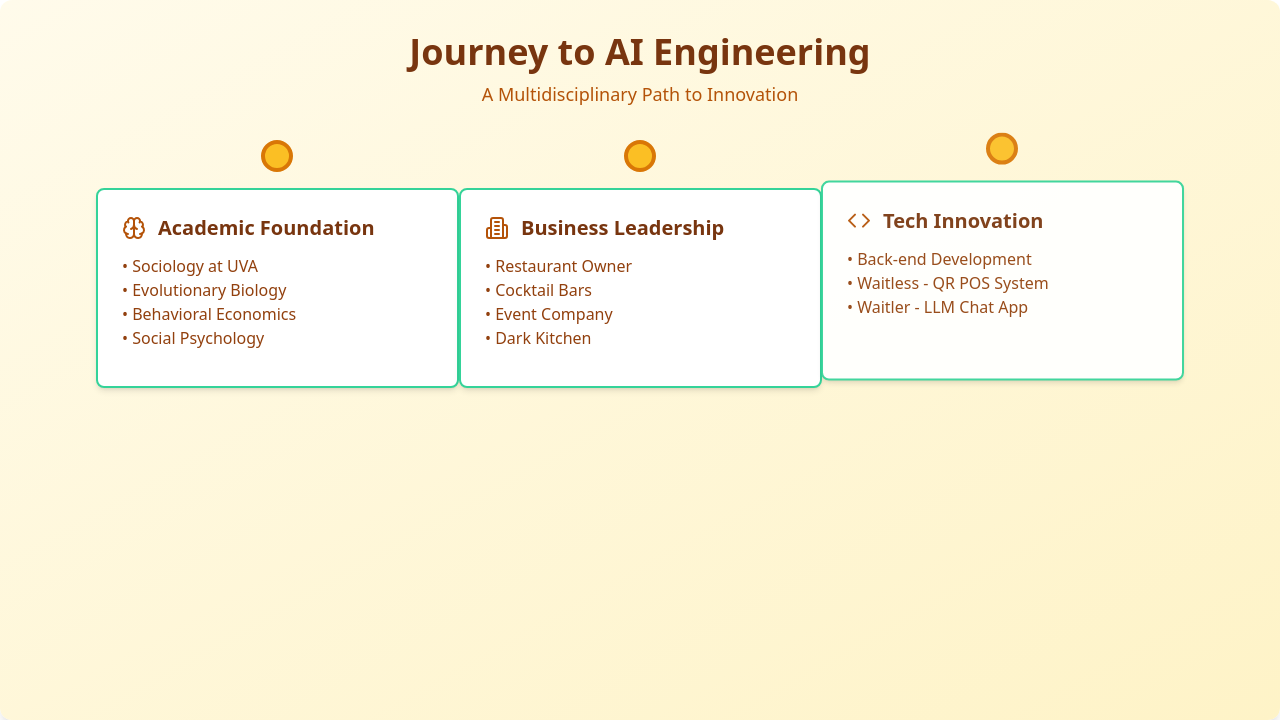
Repository: Galbaz1/dell_presentation
Page: /
The author's editor kept a copy of each file at every save. The page is drawn from the files as they stood at one save, then again after a run of saves.
The browser window is 1280 px wide. The pictures show the whole page.
Pictures or frames that could not be fetched are drawn as grey boxes. The project was rebuilt for these pictures with package versions that can differ from the ones it lists, and the page was loaded fresh each time. The framework's server and built-in components were replaced by stand-ins that run in the browser.

Above is the page before, as saved 2024-11-11 12:53:09.

After the next 2 saves:
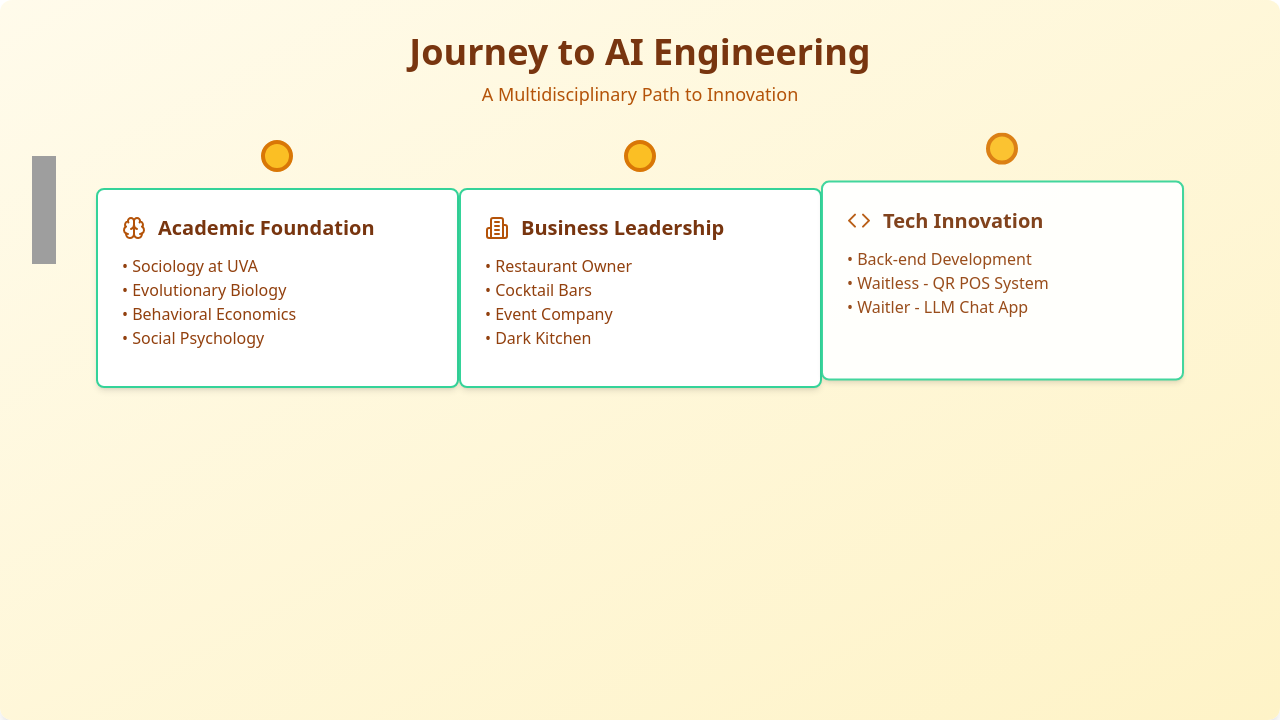
The 2 saves are shown as one change because they came seconds apart.
The last was saved 15 s later.
--- a/pages/index.tsx
+++ b/pages/index.tsx
@@ -1,5 +1,6 @@
 import React from 'react';
 import { Brain, Building2, Code, Users, ArrowRight, RefreshCcw } from 'lucide-react';
+import FootstepsAnimation from '../components/FootstepsAnimation';
 
 const SpeakerSlide: React.FC = () => {
   return (
@@ -12,6 +13,7 @@ const SpeakerSlide: React.FC = () => {
 
       {/* Timeline Journey */}
       <div className="relative mb-16 mx-auto max-w-[1400px]">
+        <FootstepsAnimation />
         {/* Journey Stations */}
         <div className="relative flex justify-between items-center px-16">
           {/* Academic Foundation */}

After the save that followed:
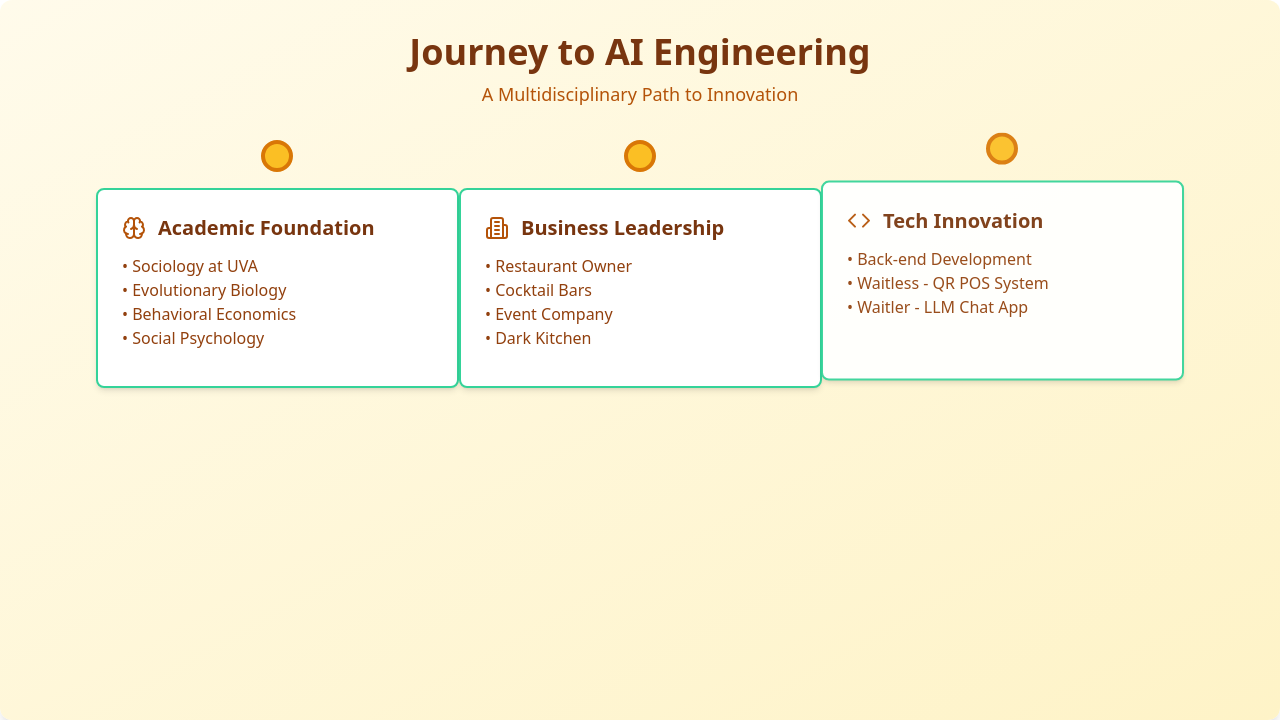
Saved 2 s later.
--- a/styles/speaker_intro.css
+++ b/styles/speaker_intro.css
@@ -89,3 +89,79 @@
   animation: synergy-appear 2s cubic-bezier(0.34, 1.56, 0.64, 1) forwards;
   animation-delay: 6s;
 }
+
+/* Footsteps styling */
+.footstep {
+  position: absolute;
+  width: 24px;
+  height: 36px;
+  fill: #ff69b4;
+  opacity: 0;
+}
+
+.footstep.active {
+  opacity: 1;
+}
+
+.footstep.trail {
+  fill: #666;
+  opacity: 0.5;
+}
+
+/* First block path animation */
+@keyframes first-block-path {
+  0% { transform: translate(0, 0) rotate(0deg); opacity: 0; }
+  5% { transform: translate(0, 0) rotate(0deg); opacity: 1; }
+  20% { transform: translate(-100px, 0) rotate(-90deg); }
+  35% { transform: translate(-100px, 100px) rotate(-90deg); }
+  50% { transform: translate(0, 100px) rotate(0deg); }
+  65% { transform: translate(0, 0) rotate(90deg); }
+  80% { transform: translate(100px, 0) rotate(90deg); }
+  95% { transform: translate(100px, 0) rotate(90deg); opacity: 1; }
+  100% { transform: translate(100px, 0) rotate(90deg); opacity: 0; }
+}
+
+.first-block-path .left-step {
+  animation: first-block-path 4s ease-in-out forwards;
+}
+
+.first-block-path .right-step {
+  animation: first-block-path 4s ease-in-out 0.5s forwards;
+}
+
+/* Second block path animation */
+@keyframes second-block-path {
+  /* Similar to first-block-path but adjusted for second block position */
+}
+
+.second-block-path .left-step {
+  animation: second-block-path 4s ease-in-out 4s forwards;
+}
+
+.second-block-path .right-step {
+  animation: second-block-path 4s ease-in-out 4.5s forwards;
+}
+
+/* Third block path animation */
+@keyframes third-block-path {
+  /* Similar to previous paths but adjusted for third block position */
+}
+
+.third-block-path .left-step {
+  animation: third-block-path 4s ease-in-out 8s forwards;
+}
+
+.third-block-path .right-step {
+  animation: third-block-path 4s ease-in-out 8.5s forwards;
+}
+
+/* Trail effect */
+.footstep-trail {
+  position: absolute;
+  opacity: 0.3;
+  transition: opacity 0.5s ease-out;
+}
+
+.footstep-trail.fade {
+  opacity: 0;
+}
